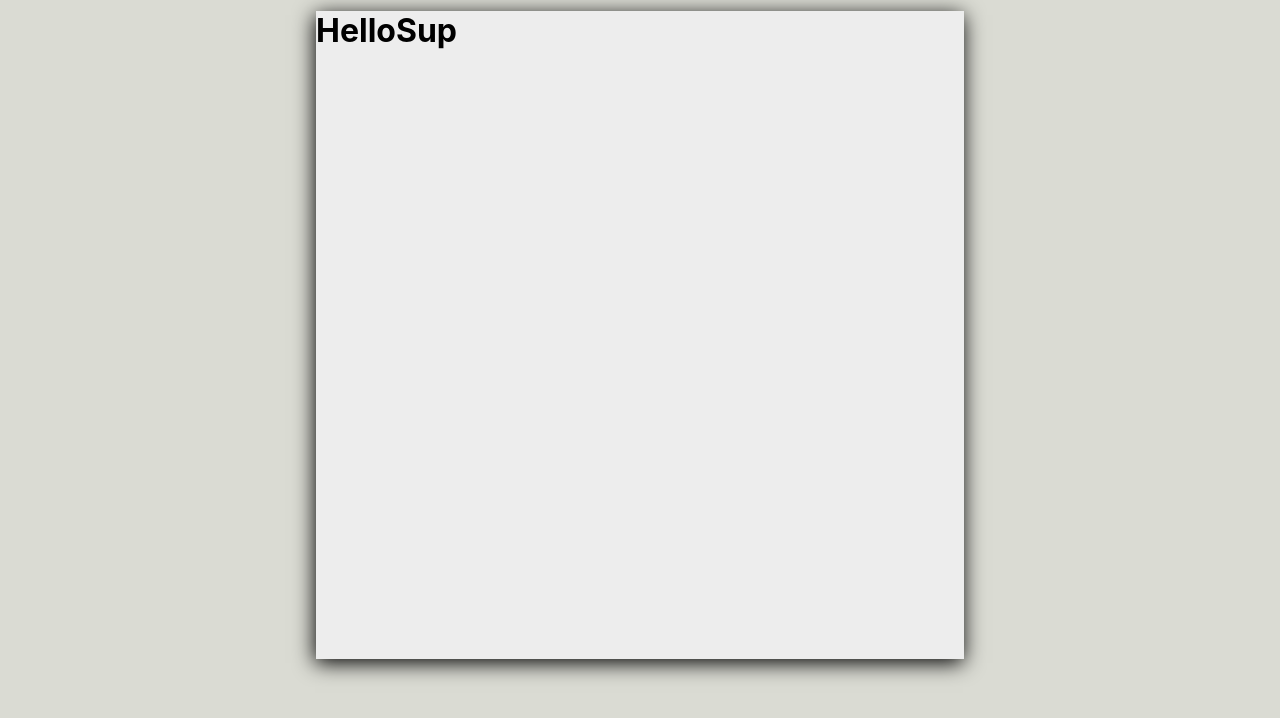
Repository: SayedJamil/WhatsappClone
Page: /
These files come from the project's save history. The page is drawn as it stood at one moment and after a run of saves; the edit follows.
The browser window is 1280 px wide. The pictures show the whole page.
The project was rebuilt for these pictures with package versions that can differ from the ones it lists, and the page was loaded fresh each time. Also part of the build but not shown: src/Sidebar.css, src/Chat.css.

Above is the page before, as saved 2021-06-22 22:41:57.

### src/App.js
import React from 'react';
import './App.css';
import Sidebar from './Sidebar';
import Chat from './Chat'
function App() {
  return (
    <div className="app">
      <div className="app_body">
        <Sidebar />
        <Chat />
      </div>

    </div>
  );
}

export default App;

### src/App.css
* {
  margin: 0;
  bottom: 0;
}

.app {
  display: grid;
  place-items: center;
  height: 100vh;
  background-color: #dadbd3;
}

.app_body {
  display: flex;
  background-color: #ededed;
  margin-top: -50px;
  height: 90vh;
  width: 90vh;
  box-shadow: -1px 4px 20px ;
}

### src/Sidebar.js
import React from 'react'
import './Sidebar.css'


function Sidebar() {
    return (
        <div className="sidebar">
            <h1>Hello </h1>
        </div>
    )
}

export default Sidebar

### src/Chat.js
import React from 'react'
import './Chat.css'
function Chat() {
    return (
        <div>
            <h1>Sup</h1>
        </div>
    )
}

export default Chat

Loaded but not shown: public/index.html (common file); src/index.js (common file); src/index.css (common file)

After the next 3 saves:
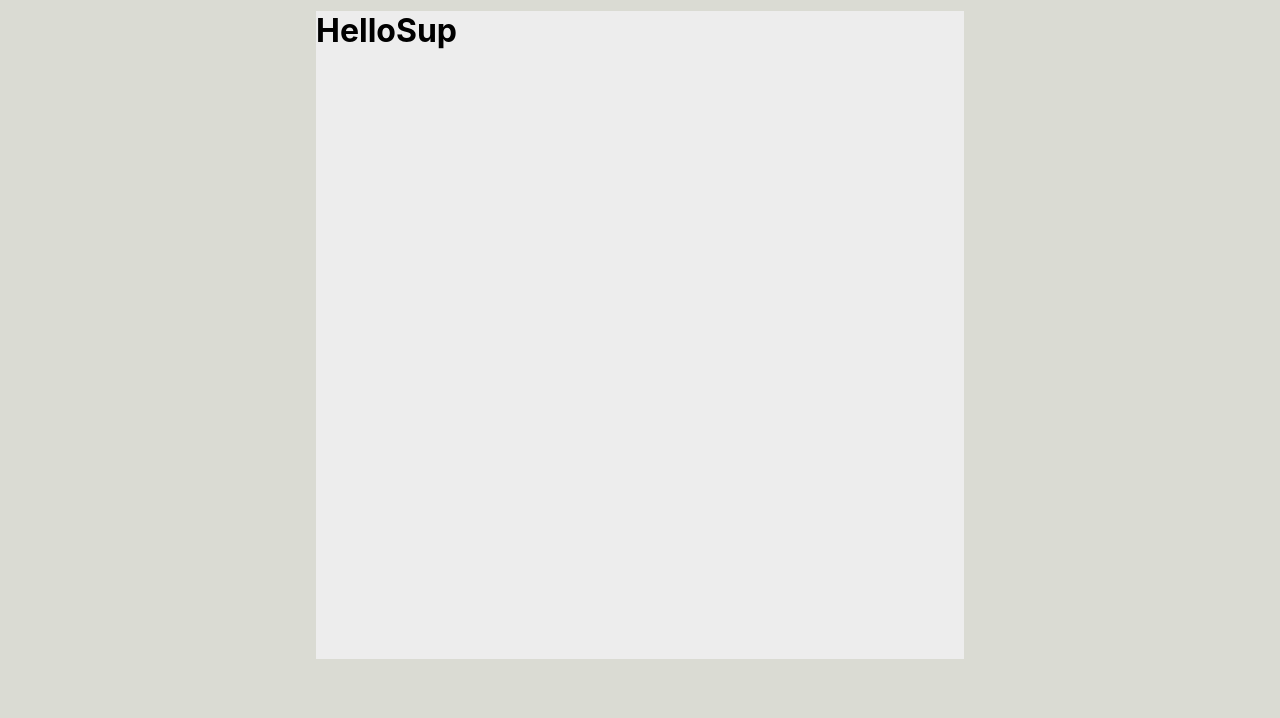
The 3 saves are shown as one change because they came seconds apart.
The last was saved 8 s later.
--- a/src/App.css
+++ b/src/App.css
@@ -16,5 +16,5 @@
   margin-top: -50px;
   height: 90vh;
   width: 90vh;
-  box-shadow: -1px 4px 20px ;
+  box-shadow: -1px 4px 20px -6px rgba(red, green, blue, alpha);
 }
